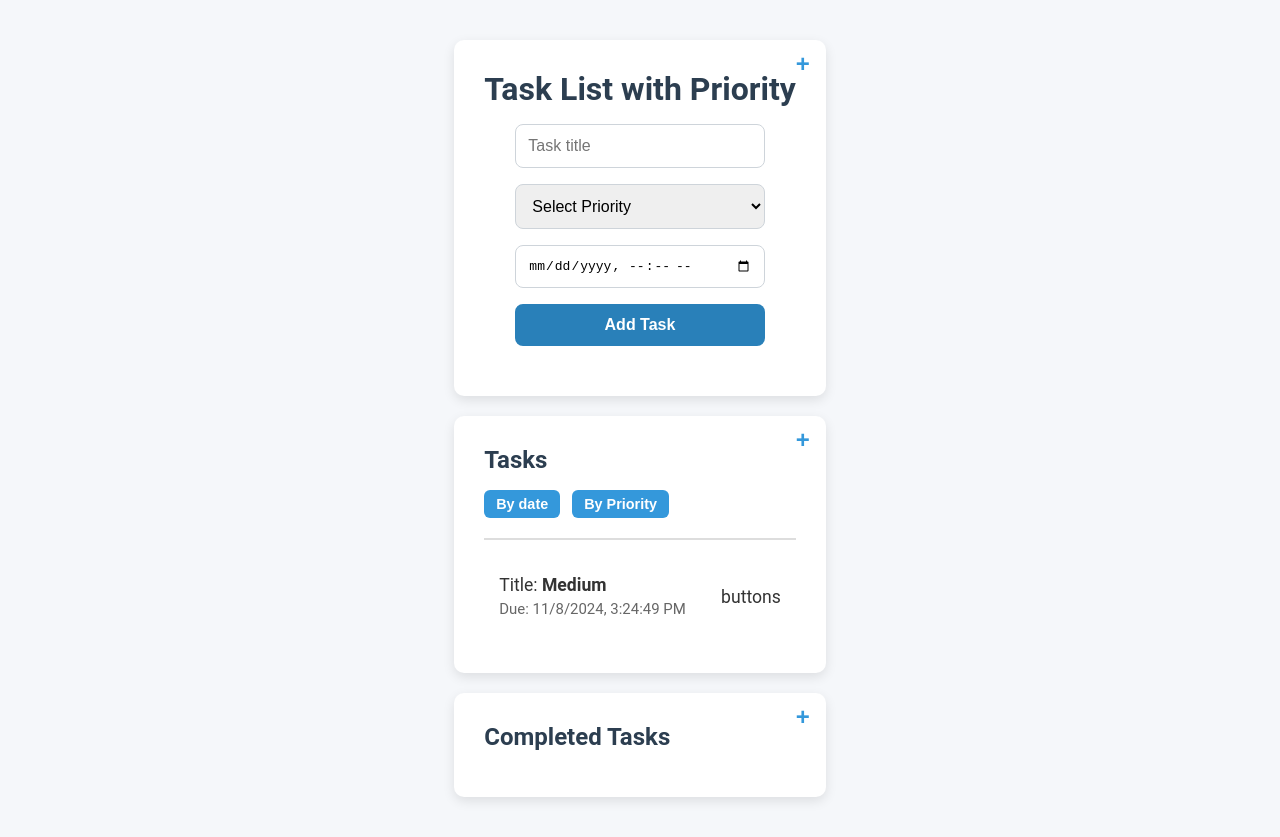
Repository: Lithium87/TaskList
Page: /
The author's editor kept a copy of each file at every save. The page is drawn from the files as they stood at one save, then again after the next save.
The browser window is 1280 px wide. The pictures show the whole page.
The project was rebuilt for these pictures with package versions that can differ from the ones it lists, and the page was loaded fresh each time. Also part of the build but not shown: vite.config.js.

Above is the page before, as saved 2025-07-08 16:43:49.

### src/index.css
/* General app styles */
* {
  box-sizing: border-box;
  margin: 0;
  padding: 0;
}

body {
  font-family: "Roboto", sans-serif;
  background-color: #f5f7fa;
  display: flex;
  justify-content: center;
  align-items: flex-start;
  min-height: 100vh;
  padding: 40px;
  color: #333;
}

.app {
  display: flex;
  flex-direction: column;
  gap: 20px;
  max-width: 500px;
  width: 100%;
}

/* Main container for current tasks and completed tasks */
.task-container,
.completed-task-container {
  position: relative;
  background-color: #ffffff;
  border-radius: 10px;
  box-shadow: 0 4px 12px rgba(0, 0, 0, 0.1);
  padding: 30px;
}

/* Headings */
h1,
h2 {
  color: #2c3e50;
  margin-bottom: 16px;
}

/* Completed Task toggle button */
.completed-header {
  display: flex;
  align-items: center;
  justify-content: space-between;
}

.toggle-button {
  background: none;
  border: none;
  cursor: pointer;
  font-size: 1.2em;
  color: #3498db;
  transition: transform 0.3s ease;
}

.toggle-button.open {
  transform: rotate(180deg);
}

/* Sort buttons container */
.sort-controls {
  display: flex;
  justify-content: start;
  align-items: center;
  gap: 12px;
  margin-bottom: 20px;
}

/* Close/open button for sections */
.close-button {
  background: none;
  border: none;
  font-size: 1.5em;
  font-weight: bold;
  color: #3498db;
  cursor: pointer;
  position: absolute;
  top: 10px;
  right: 16px;
  padding: 0;
  transition: color 0.3s, transform 0.3s ease;
}

.close-button.open {
  transform: rotate(135deg); /* Turns "×" into "+" */
  color: #2980b9;
}

.close-button:hover {
  color: #2980b9;
}

/* Sort buttons */
.sort-button {
  padding: 6px 12px;
  background-color: #3498db;
  border: none;
  color: white;
  font-size: 0.9em;
  font-weight: bold;
  border-radius: 6px;
  cursor: pointer;
  transition: background-color 0.3s;
}

.sort-button.active {
  background-color: #2980b9;
  font-weight: bold;
}

.sort-button:hover {
  background-color: #2980b9;
}

/* Task form styles */
.task-form {
  display: flex;
  flex-direction: column;
  align-items: center;
  margin-bottom: 20px;
  animation: fade-in 0.5s ease-in-out;
}

.task-form input[type="text"],
.task-form select,
.task-form input[type="datetime-local"] {
  margin: 0 0 16px 0;
  padding: 12px;
  border-radius: 8px;
  border: 1px solid #ced4da;
  width: 80%;
  font-size: 1em;
  transition: border 0.3s;
}

.task-form input:focus,
.task-form select:focus,
.task-form input[type="datetime-local"]:focus {
  outline: none;
  border-color: #3498db;
}

.task-form button {
  padding: 12px 24px;
  border: none;
  background-color: #2980b9;
  color: white;
  font-size: 1em;
  font-weight: bold;
  border-radius: 8px;
  cursor: pointer;
  transition: background-color 0.3s, transform 0.2s;
  width: 80%;
}

.task-form button:hover {
  background-color: #2980b9;
  transform: translateY(-2px);
}

/* Task list styles */
.task-list,
.completed-task-list {
  list-style-type: none;
  padding: 0;
  width: 100%;
}

/* Task item styles */
.task-item {
  padding: 15px;
  border-radius: 8px;
  display: flex;
  justify-content: space-between;
  align-items: center;
  margin: 10px 0;
  font-size: 1.1em;
  transition: transform 0.2s, opacity 0.3s;
  animation: fade-in 0.5s ease-in-out;
}

.task-item.high {
  background-color: #f8d7da;
  color: #721c24;
  border-left: 6px solid #f5c6cb;
}

.task-item.medium {
  background-color: #fff3cd;
  color: #856404;
  border-left: 6px solid #ffeeba;
}

.task-item.low {
  background-color: #d4edda;
  color: #155724;
  border-left: 6px solid #c3e6cb;
}

.task-item:hover {
  transform: scale(1.02);
}

.task-info {
  flex: 1;
  text-align: left;
}

/* Date text style */
.task-deadline {
  font-size: 0.85em;
  color: #666;
  margin-top: 5px;
}

/* Buttons container for vertical alignment */
.task-buttons {
  display: flex;
  flex-direction: column;
  gap: 6px;
}

/* Complete button */
.complete-button {
  padding: 6px 10px;
  background-color: #2ecc71;
  border: none;
  color: white;
  border-radius: 6px;
  font-size: 0.85em;
  font-weight: bold;
  cursor: pointer;
  transition: background-color 0.3s, transform 0.2s;
}

.complete-button:hover {
  background-color: #27ae60;
  transform: translateY(-2px);
}

/* Delete button */
.delete-button {
  padding: 6px 10px;
  background-color: #e74c3c;
  border: none;
  color: white;
  border-radius: 6px;
  font-size: 0.85em;
  font-weight: bold;
  cursor: pointer;
  transition: background-color 0.3s, transform 0.2s;
}

.delete-button:hover {
  background-color: #c0392b;
  transform: translateY(-2px);
}

/* Completed task item */
.task-item.completed {
  background-color: #e0f7df;
  color: #155724;
  border-left: 6px solid #a5d6a7;
  opacity: 0.9;
}

/* Animation for completed tasks */
.completed-task-list .task-item {
  animation: fade-in 0.5s ease-in-out;
}

@keyframes fade-in {
  from {
    opacity: 0;
    transform: translateY(-10px);
  }
  to {
    opacity: 1;
    transform: translateY(0);
  }
}

/* Completed task list container with smooth slide-down effect */
.completed-task-list-container {
  overflow: hidden;
  max-height: 0;
  opacity: 0;
  transition: max-height 0.5s ease, opacity 0.5s ease;
}

.completed-task-list-container.open {
  max-height: 500px; /* Adjust as needed */
  opacity: 1;
}

/* Completed task list section */
.completed-task-list,
.task-list {
  margin-top: 20px;
  padding-top: 10px;
  border-top: 2px solid #ddd;
}

.footer {
  text-align: center;
  margin-top: 20px;
  padding: 10px;
  background-color: #f0f0f0;
  font-size: 0.9em;
}

### src/App.jsx
function App () {
  return (
    <div className="app">
      <div className="task-container">
        <h1>Task List with Priority</h1>
        <button className="close-button">+</button>
        <TaskForm />
      </div>

      <div className="task-container">
        <h2>Tasks</h2>
        <button className="close-button">+</button>
        <div className="sort-controls">
          <button className="sort-button">By date</button>
          <button className="sort-button">By Priority</button>
        </div>
        <TaskList />
      </div>

      <div className="completed-task-container">
        <h2>Completed Tasks</h2>
        <button className="close-button">+</button>
      </div>
    </div>
  );
}

const TaskForm = () => {
  return (
    <form className="task-form">
      <input type="text" value={''} placeholder="Task title" required />
      <select value={''} required>
        <option value="" disabled>Select Priority</option>
        <option value="low">Low Priority</option>
        <option value="medium">Medium Priority</option>
        <option value="high">High Priority</option>
      </select>
      <input type="datetime-local" value={''} required />
      <button type="submit">Add Task</button>
    </form>
  );
};

const TaskList = () => {
  return (
    <ul className="task-list">
      <TaskItem title="Task 1" priority="low" dueDate="2023-10-01T10:00" />
    </ul>
  );
};

const TaskItem = () => {
  return (
    <li className="task-item">
      <div className="task-info">
        <div>
          Title: <strong>Medium</strong>
        </div>
        <div className="task-deadline">
          Due: {new Date ().toLocaleString ()}
        </div>
      </div>
      <div className="task-buttons">buttons</div>
    </li>
  );
};

export default App;

Loaded but not shown: src/main.jsx (common file)

After the next save:
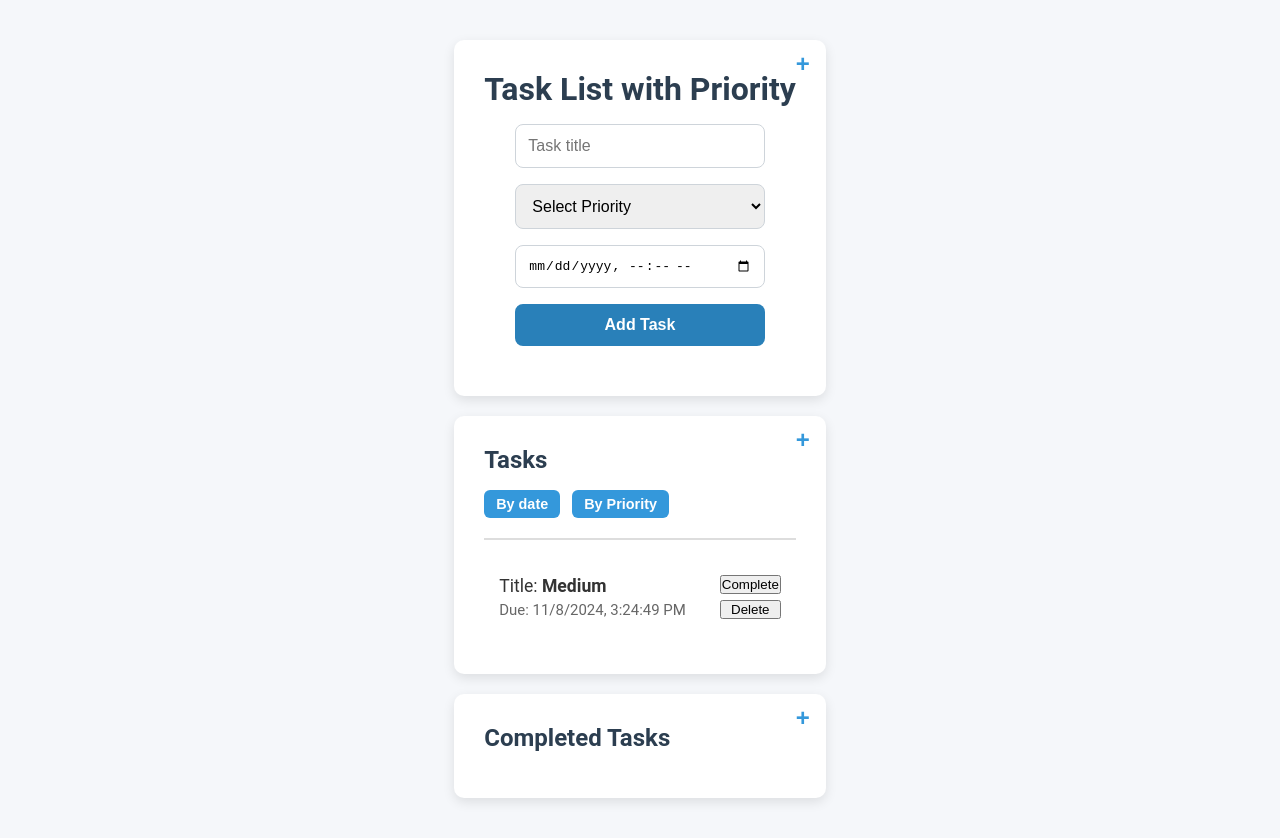
Saved 50 s later.
--- a/src/App.jsx
+++ b/src/App.jsx
@@ -60,7 +60,10 @@ const TaskItem = () => {
           Due: {new Date ().toLocaleString ()}
         </div>
       </div>
-      <div className="task-buttons">buttons</div>
+      <div className="task-buttons">
+        <button>Complete</button>
+        <button>Delete</button>
+      </div>
     </li>
   );
 };
